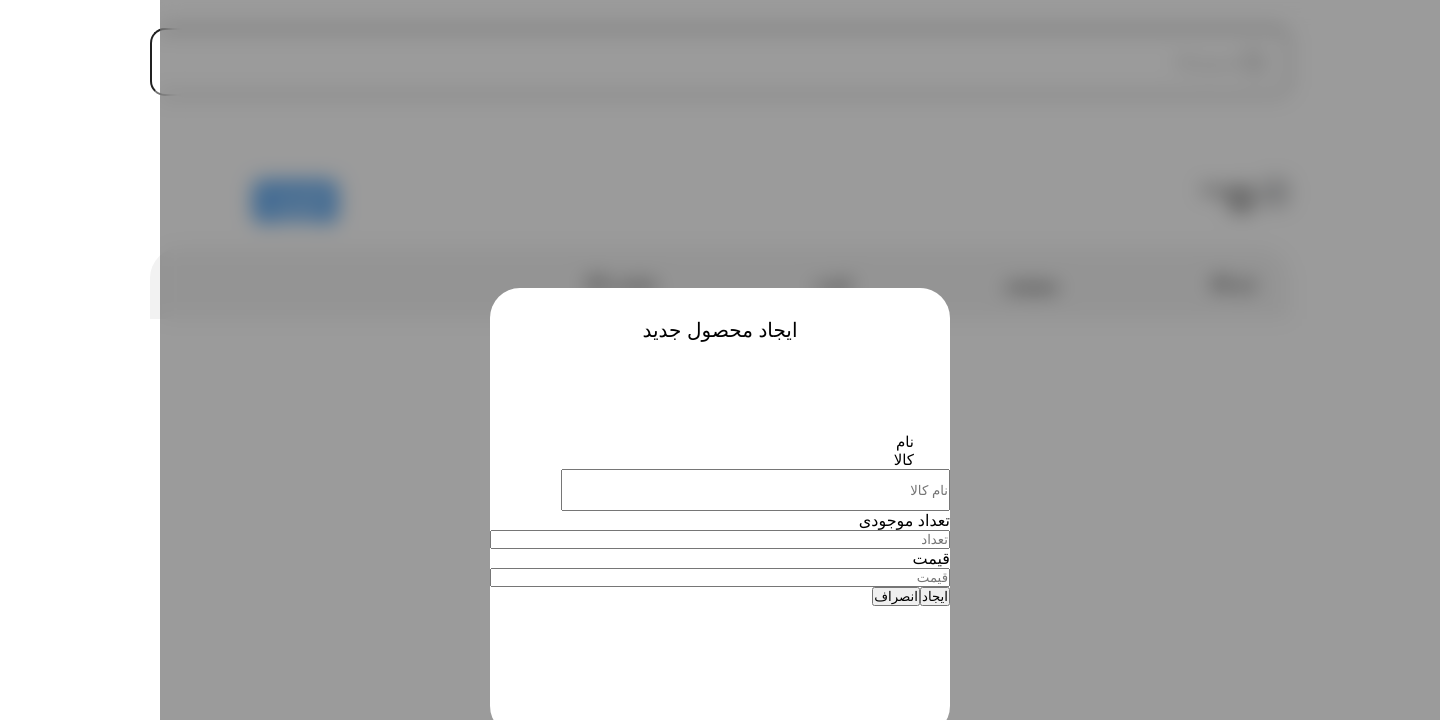
Repository: sobhan-rahimii/project-panel-admin-Next.Js
Page: /dashboard, after clicking the first element matching `button.Dashboard_7644c_addproduct`
These files come from the project's save history. The page is drawn as it stood at one moment and after a run of saves; the edit follows.
The browser window is 1280 px wide. The page is 1440 px wide, so the pictures cover 1440 px, including what lies to the right of the window. The pictures show the whole page.
The page's requests for data from a server got no answer. The project was rebuilt for these pictures with package versions that can differ from the ones it lists, and the page was loaded fresh each time. The framework's server and built-in components were replaced by stand-ins that run in the browser. No one was signed in, and anything a server would have sent is missing. Also part of the build but not shown: next.config.mjs.

Above is the page before, as saved 2025-09-01 15:40:46.

After the next 3 saves:
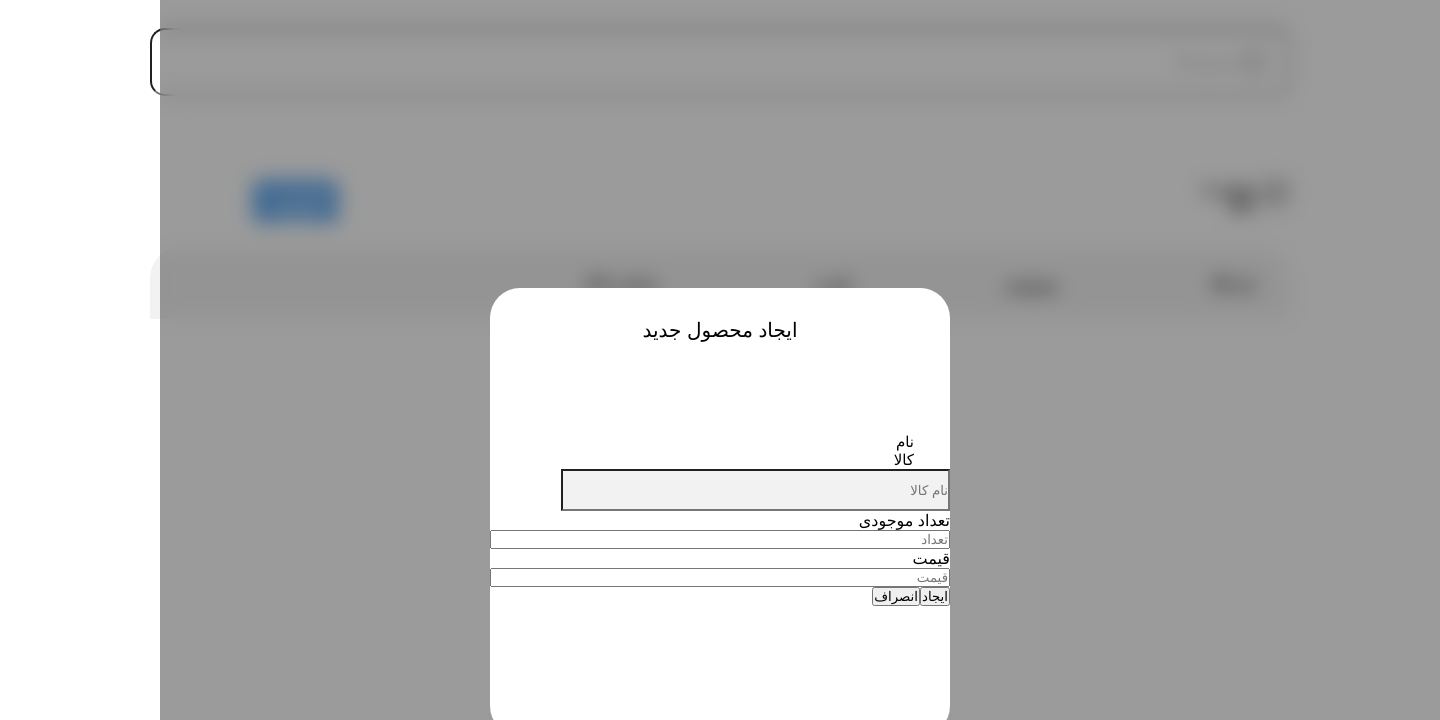
The 3 saves are shown as one change because they came seconds apart.
The last was saved 21 s later.
--- a/styles/AddProductModal.module.css
+++ b/styles/AddProductModal.module.css
@@ -44,5 +44,6 @@
 .input1{
     width: 389px;
     height: 42px;
+    background-color: rgba(242, 242, 242, 1);
 
 }
